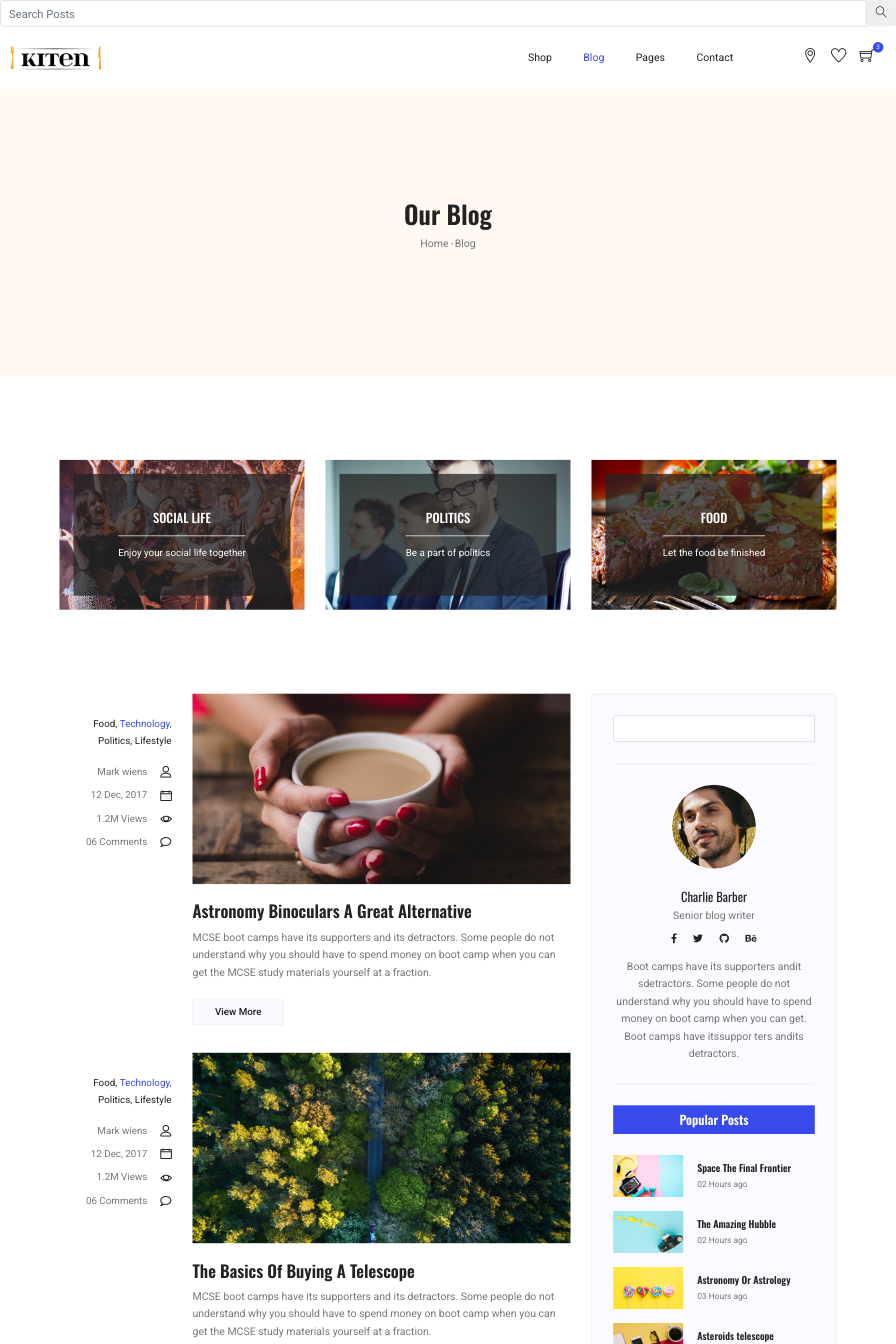
Repository: miniwon/semiProject_KITEN
Page: http://localhost/KITEN/WEB-INF/views/blog.jsp
An editor plug-in stored every save of this project. The page is shown before and after the next save, followed by the edit.
The browser window is 1280 px wide. The pictures show the part of the page from y = 0 to 1920 px (the page is 4522 px tall before and 4484 px after), at 70% of full size.
The page is served by Tomcat 9. Nobody is signed in. The template is opened directly, without the code that normally fills it, so the values that code supplies are empty.

Above is the page before, as saved 2022-11-17 02:41:25.

After the next save:
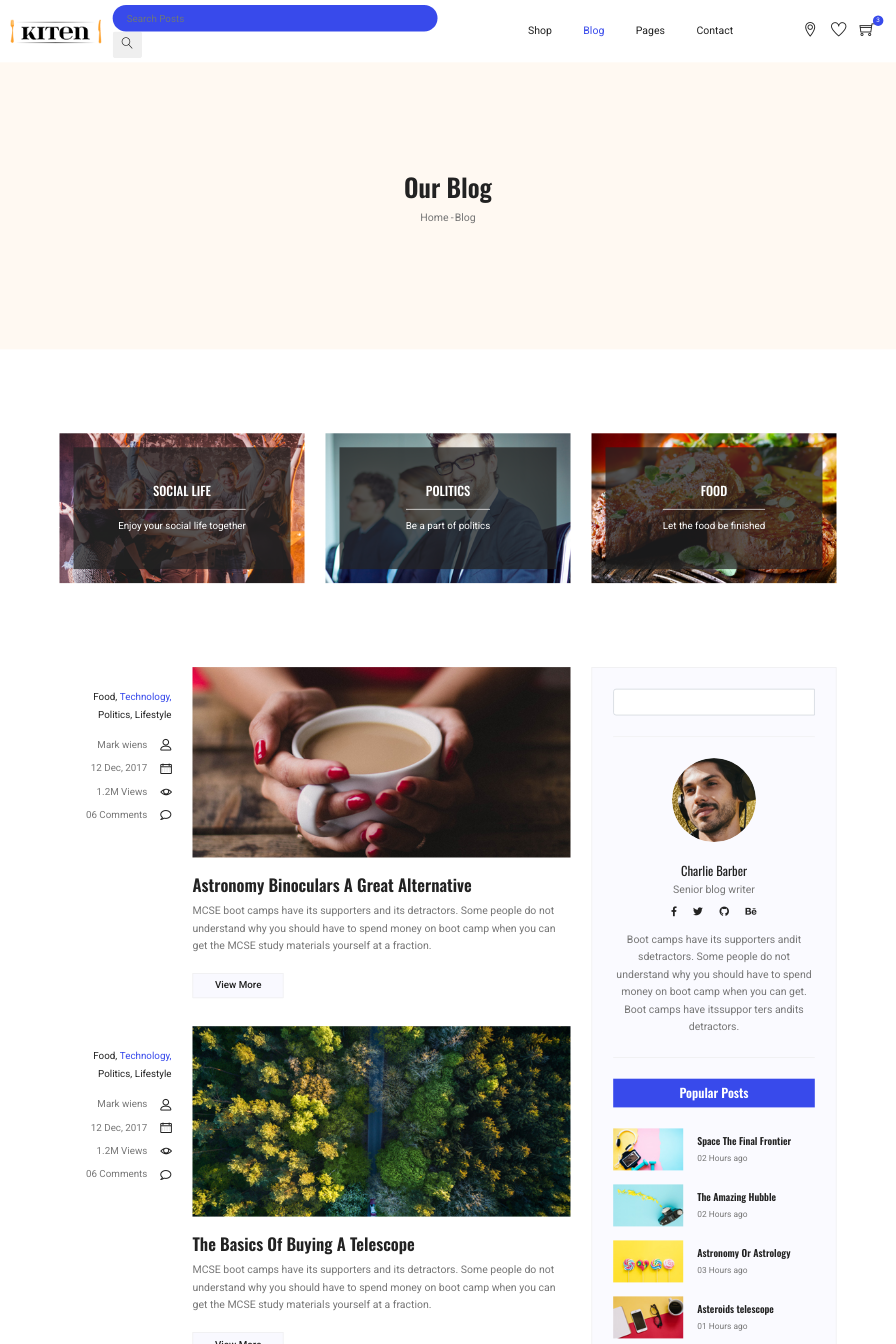
Saved 4 min 44 s later.
--- a/KITEN/src/main/webapp/WEB-INF/views/blog.jsp
+++ b/KITEN/src/main/webapp/WEB-INF/views/blog.jsp
@@ -23,13 +23,9 @@
 <body>
 	<!--================ Start Header Menu Area =================-->
 	<header class="header_area">
-		<div class="input-group">
-			<input type="text" class="form-control" placeholder="Search Posts"> <span class="input-group-btn">
-				<button class="btn btn-default" type="button">
-					<i class="lnr lnr-magnifier"></i>
-				</button>
-			</span>
-		</div>
+	<div>
+
+	</div>
 		<div class="main_menu">
 			<nav class="navbar navbar-expand-lg navbar-light">
 				<div class="container">
@@ -38,7 +34,13 @@
 						aria-label="Toggle navigation">
 						<span class="icon-bar"></span> <span class="icon-bar"></span> <span class="icon-bar"></span>
 					</button>
-
+					<div class="input-group">
+						<input type="text" class="form-control" placeholder="Search Posts"> <span class="input-group-btn">
+							<button class="btn btn-default" type="button">
+								<i class="lnr lnr-magnifier"></i>
+							</button>
+						</span>
+					</div>
 				</div>
 				<div class="container">
 					<div class="collapse navbar-collapse offset" id="navbarSupportedContent">
